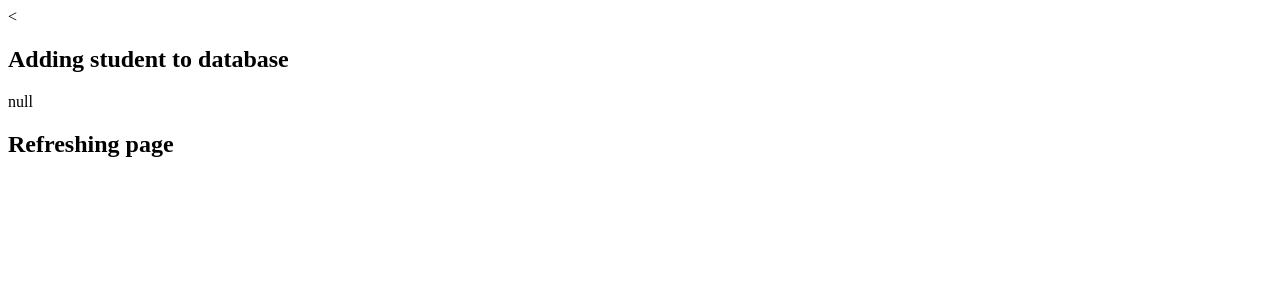
Repository: akhileshrane/ZensarJava
Page: http://localhost/CaseStudy/addingBus.jsp
An editor plug-in stored every save of this project. The page is shown before and after a run of saves, followed by the edit.
The browser window is 1280 px wide. The pictures show the whole page.
The page is served by Tomcat 9.

Above is the page before, as saved 2017-06-29 07:13:09.

After the next 3 saves:
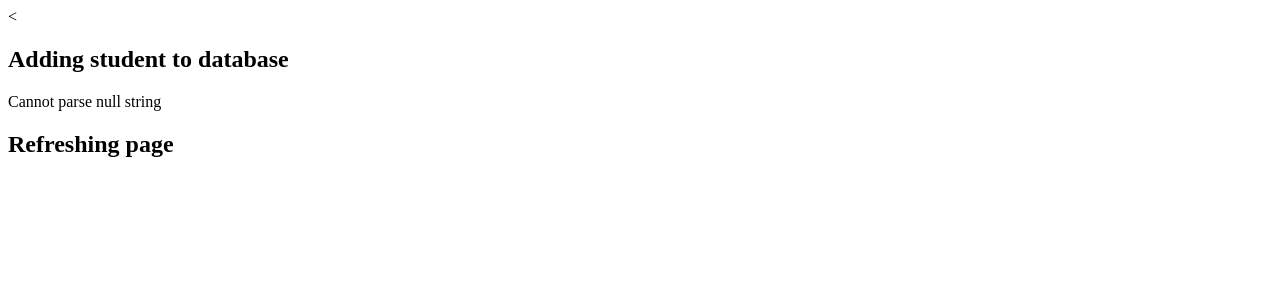
The 3 saves are shown as one change because 2 did not build or start.
The last was saved 4 min 36 s later.
--- a/CaseStudy/WebContent/addingBus.jsp
+++ b/CaseStudy/WebContent/addingBus.jsp
@@ -13,13 +13,11 @@
 try{
 BusDao busDao=new BusDao();
 String n=request.getParameter("busName");
-String s=request.getParameter("arrivalTime");
-Time t=Time.valueOf(s);
-t.toString();
+//Time t=Time.parse(request.getParameter("arrivalTime"));
 int w=Integer.parseInt(request.getParameter("waitStatus"));
 Bus bus = new Bus();
 bus.setBusName(n);
-bus.setArrivalTime(t);
+//bus.setArrivalTime(t);
 bus.setWaitStatus(w);
 busDao.addBus(bus);
 response.sendRedirect("managerSection.jsp");
